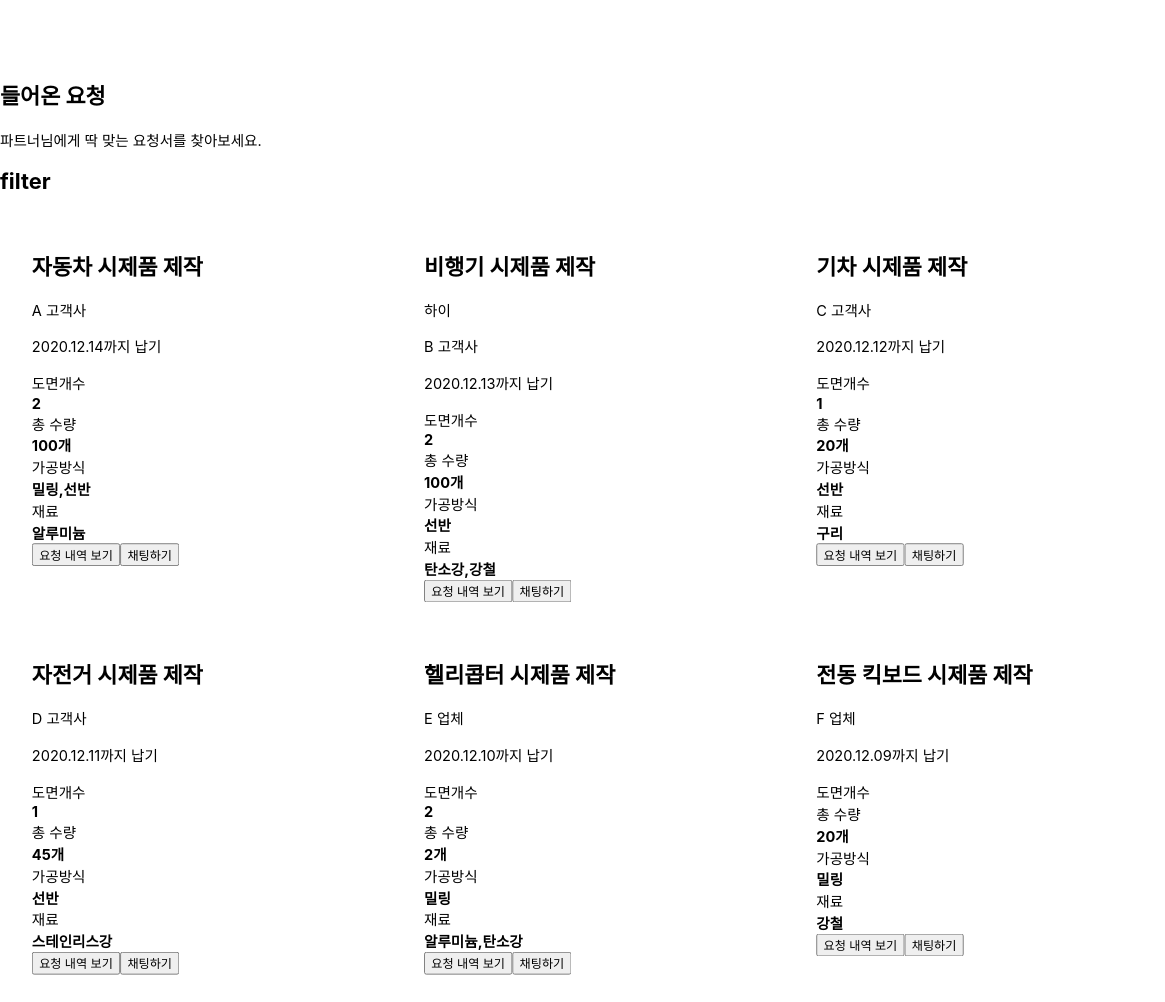
Repository: seoulsaram/capa
Page: /
An editor plug-in stored every save of this project. The page is shown before and after the next save, followed by the edit.
The browser window is 1280 px wide. The pictures show the whole page, at 91% of full size.
The project was rebuilt for these pictures with package versions that can differ from the ones it lists, and the page was loaded fresh each time. Requests to the local data server were answered from the project's data file. Also part of the build but not shown: src/App.css, src/components/filter/filter.module.css, src/components/item_container/item_container.module.css.

Above is the page before, as saved 2021-03-05 22:04:31.

### public/index.html
<!DOCTYPE html>
<html lang="en">
  <head>
    <meta charset="utf-8" />
    <link rel="icon" href="%PUBLIC_URL%/favicon.ico" />
    <meta name="viewport" content="width=device-width, initial-scale=1" />
    <meta name="theme-color" content="#000000" />
    <meta name="description" content="Web site created using create-react-app" />

    <title>React App</title>
  </head>
  <body>
    <noscript>You need to enable JavaScript to run this app.</noscript>
    <div id="root"></div>
  </body>
</html>

### src/index.js
import React from "react";
import ReactDOM from "react-dom";
import "./index.css";
import App from "./app";
import RequestInfo from "./service/request_info";

const requestInfo = new RequestInfo();

ReactDOM.render(
  <React.StrictMode>
    <App requestInfo={requestInfo} />
  </React.StrictMode>,
  document.getElementById("root")
);

### src/App.js
import "./app.css";
import Header from "./components/header/header";
import ItemContainer from "./components/item_container/item_container";
import RequestBox from "./components/request_box/request_box";

function App({ requestInfo }) {
  return (
    <div>
      <Header />
      <ItemContainer requestInfo={requestInfo} />
    </div>
  );
}

export default App;

### src/service/request_info.js
class RequestInfo {
  constructor() {
    this.getrequestOptions = {
      method: "GET",
    };
  }

  async getInfo() {
    const response = await fetch("http://localhost:3002/requests", this.getrequestOptions);
    const res = await response.json();
    return res;
  }
}

export default RequestInfo;

### src/components/header/header.js
import React, { memo } from "react";
import styles from "./header.module.css";

const Header = (props) => (
  <div className={styles.header}>
    <div className={styles.headerLeft}>
      <p>CAPA</p>
      <p>파트너스</p>
    </div>
    <div className={styles.headerRight}>
      <p>A가공업체</p>
      <div className={styles.line}></div>
      <p>로그아웃</p>
    </div>
  </div>
);

export default Header;

### src/components/item_container/item_container.js
import React, { useEffect, useState } from "react";
import Filter from "../filter/filter";
import RequestBox from "../request_box/request_box";
import styles from "./item_container.module.css";

const ItemContainer = ({ requestInfo }) => {
  const [reqInfo, setReqInfo] = useState([]);

  useEffect(() => {
    requestInfo.getInfo().then((info) => setReqInfo(info));
  }, [requestInfo]);

  return (
    <section className={styles.section}>
      <h2>들어온 요청</h2>
      <p>파트너님에게 딱 맞는 요청서를 찾아보세요.</p>
      <Filter reqInfo={reqInfo} />
      <RequestBox reqInfo={reqInfo} />
    </section>
  );
};

export default ItemContainer;

### src/components/request_box/request_box.jsx
import React from "react";
import styles from "./request_box.module.css";

const RequestBox = ({ reqInfo }) => {
  return (
    <ul className={styles.cards}>
      {reqInfo.map((info) => (
        <div key={info.id} className={styles.card}>
          <div className={styles.top}>
            <div className={styles.titleContainer}>
              <h2>{info.title}</h2>
              {info.status === "상담중" && <div>하이</div>}
            </div>

            <p>{info.client}</p>
            <p>{info.due}까지 납기</p>
          </div>
          <div className={styles.line}></div>
          <div className={styles.bottom}>
            도면개수<b>{info.count}</b>총 수량<b>{info.amount}개</b>
            가공방식<b>{info.method.join(",")}</b>
            재료<b>{info.material.join(",")}</b>
          </div>
          <div className={styles.btnContainer}>
            <button>요청 내역 보기</button>
            <button>채팅하기</button>
          </div>
        </div>
      ))}
    </ul>
  );
};

export default RequestBox;

// {
//     "id": 1,
//     "title": "자동차 시제품 제작",
//     "client": "A 고객사",
//     "due": "2020.12.14",
//     "count": 2,
//     "amount": 100,
//     "method": ["밀링", "선반"],
//     "material": ["알루미늄"],
//     "status": "대기중"
//   },

### src/components/header/header.module.css
@value MakeBlue from '../../common/color.css';

.header {
  display: flex;
  justify-content: space-between;
  padding: 5px 20px;
  background-color: MakeBlue;
  color: white;
}

.headerLeft {
  display: flex;
  align-items: center;
}

.headerRight {
  display: flex;
  align-items: center;
}

.line {
  width: 2px;
  height: 50%;
  background-color: white;
  margin: 0px 14px;
}

### src/components/filter/filter.js
import React from "react";
import styles from "./filter.module.css";

const Filter = ({ requestInfo }) => <h1>filter</h1>;

export default Filter;

### src/components/request_box/request_box.module.css
@value MakeBlue,MakeBlack,MakeLightBlue,MakeGrey,MakeLightGrey,MakeYellow from '../../common/color.css';
* {
  box-sizing: border-box;
}
.cards {
  display: flex;
  justify-content: space-between;
  flex-wrap: wrap;
  margin: 10px;
}

ul {
  margin: 0;
  padding: 0;
}

.card {
  width: 30%;
  border: 1px solid MakeLightGrey;
  border-radius: 3px;
  padding: 10px 15px;
  margin: 10px;
}

.card:hover {
  border: 1px solid MakeLightBlue;
}

.line {
  width: 90%;
  height: 1px;
  background-color: MakeLightGrey;
}

.bottom {
  display: flex;
  flex-direction: column;
}

### db.json
{
  "requests": [
    {
      "id": 1,
      "title": "자동차 시제품 제작",
      "client": "A 고객사",
      "due": "2020.12.14",
      "count": 2,
      "amount": 100,
      "method": ["밀링", "선반"],
      "material": ["알루미늄"],
      "status": "대기중"
    },
    {
      "id": 2,
      "title": "비행기 시제품 제작",
      "client": "B 고객사",
      "due": "2020.12.13",
      "count": 2,
      "amount": 100,
      "method": ["선반"],
      "material": ["탄소강", "강철"],
      "status": "상담중"
    },
    {
      "id": 3,
      "title": "기차 시제품 제작",
      "client": "C 고객사",
      "due": "2020.12.12",
      "count": 1,
      "amount": 20,
      "method": ["선반"],
      "material": ["구리"],
      "status": "대기중"
    },
    {
      "id": 4,
      "title": "자전거 시제품 제작",
      "client": "D 고객사",
      "due": "2020.12.11",
      "count": 1,
      "amount": 45,
      "method": ["선반"],
      "material": ["스테인리스강"],
      "status": "대기중"
    },
    {
      "id": 5,
      "title": "헬리콥터 시제품 제작",
      "client": "E 업체",
      "due": "2020.12.10",
      "count": 2,
      "amount": 2,
      "method": ["밀링"],
      "material": ["알루미늄", "탄소강"],
      "status": "대기중"
    },
    {
      "id": 6,
      "title": "전동 킥보드 시제품 제작",
      "client": "F 업체",
      "due": "2020.12.09",
      "docs": 1,
      "amount": 20,
      "method": ["밀링"],
      "material": ["강철"],
      "status": "대기중"
    }
  ]
}

Loaded but not shown: src/index.css (common file)

After the next save:
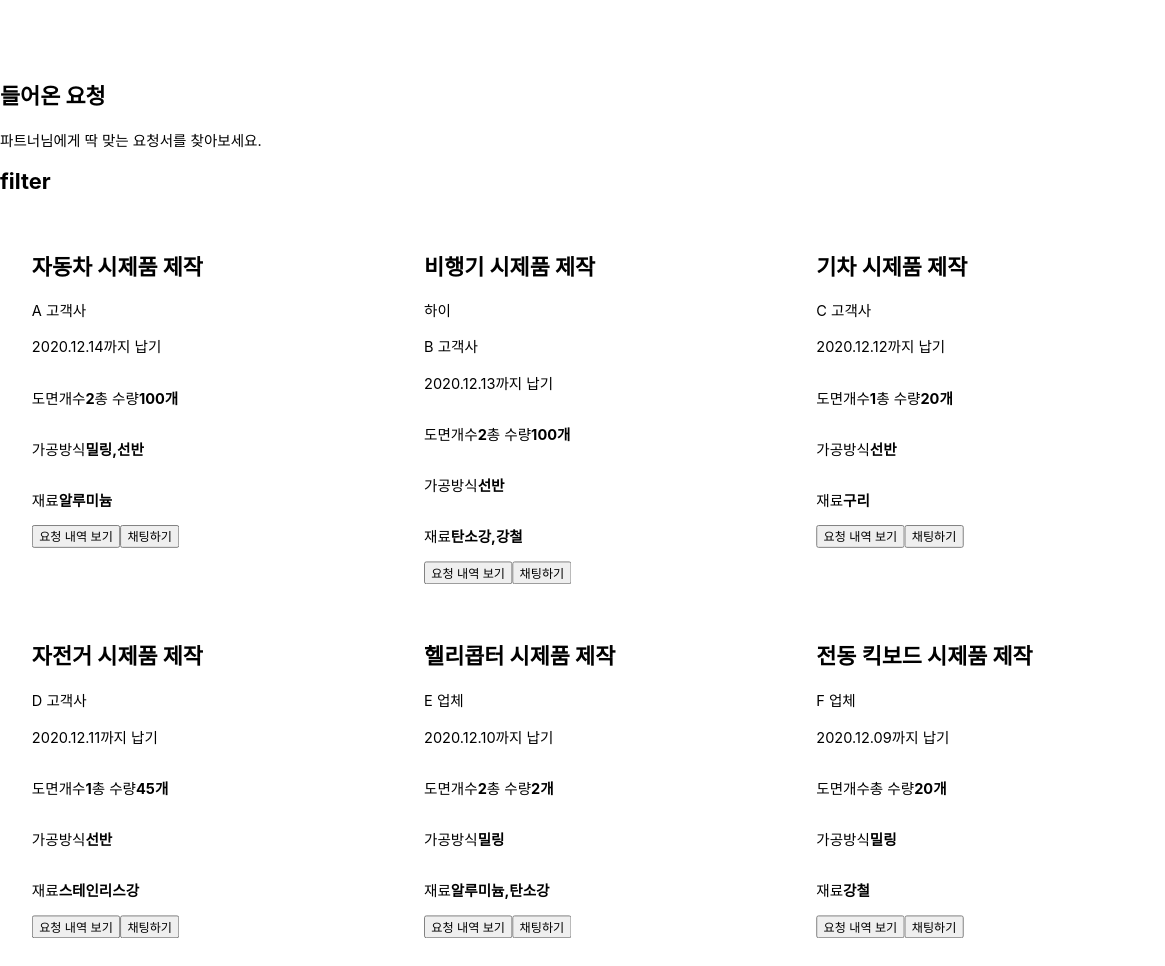
Saved 53 s later.
--- a/src/components/request_box/request_box.jsx
+++ b/src/components/request_box/request_box.jsx
@@ -11,15 +11,20 @@ const RequestBox = ({ reqInfo }) => {
               <h2>{info.title}</h2>
               {info.status === "상담중" && <div>하이</div>}
             </div>
-
             <p>{info.client}</p>
             <p>{info.due}까지 납기</p>
           </div>
           <div className={styles.line}></div>
           <div className={styles.bottom}>
-            도면개수<b>{info.count}</b>총 수량<b>{info.amount}개</b>
-            가공방식<b>{info.method.join(",")}</b>
-            재료<b>{info.material.join(",")}</b>
+            <p>
+              도면개수<b>{info.count}</b>총 수량<b>{info.amount}개</b>
+            </p>
+            <p>
+              가공방식<b>{info.method.join(",")}</b>
+            </p>
+            <p>
+              재료<b>{info.material.join(",")}</b>
+            </p>
           </div>
           <div className={styles.btnContainer}>
             <button>요청 내역 보기</button>
